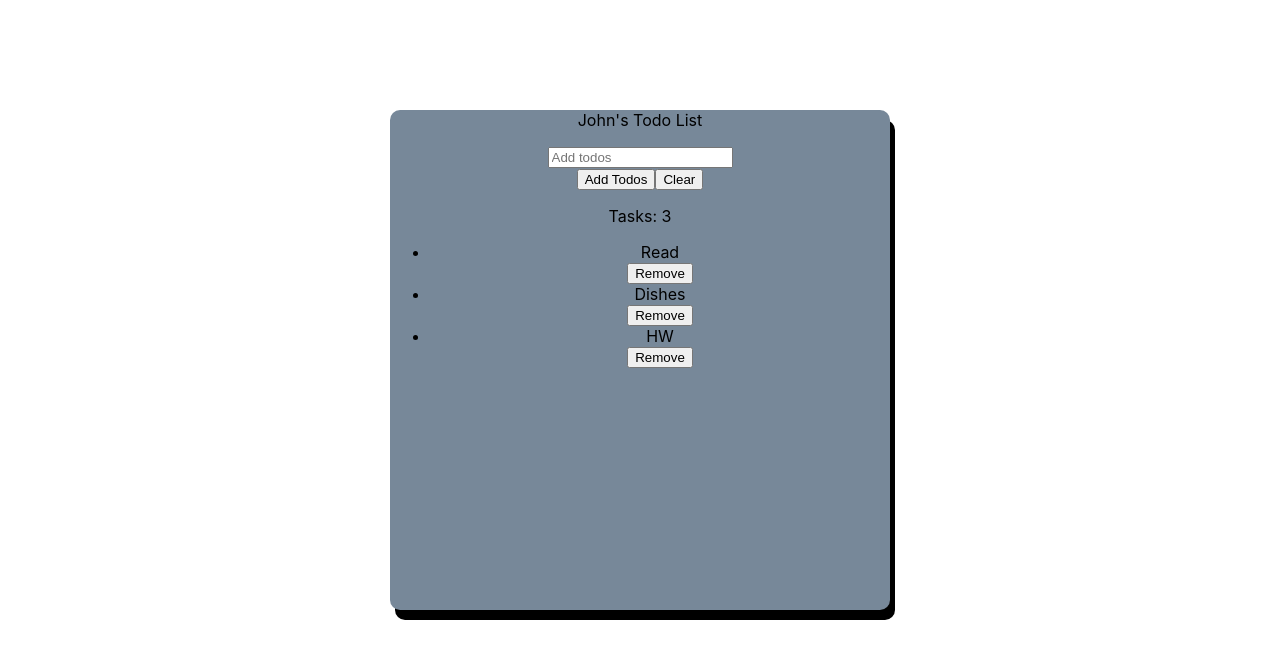
Repository: JohnKang0720/Simple-Todo-List
Page: /
These files come from the project's save history. The page is drawn as it stood at one moment and after the next save; the edit follows.
The browser window is 1280 px wide. The pictures show the whole page.
The project was rebuilt for these pictures with package versions that can differ from the ones it lists, and the page was loaded fresh each time.

Above is the page before, as saved 2021-05-28 21:15:41.

### src/App.js
import logo from './logo.svg';
import './App.css';
import TodoList from './TodoList'
import {taskContext} from './TodoList'
import React, {useContext, useState} from 'react'
import Todoform from './Todoform';


function App() {

  return (
    <TodoList >

    <div className="App">
     John's Todo List
   <Todoform />
    </div>
    </TodoList>

  );
}

export default App;

### src/App.css
.App {
  text-align: center;
}

.App-logo {
  height: 40vmin;
  pointer-events: none;
}

@media (prefers-reduced-motion: no-preference) {
  .App-logo {
    animation: App-logo-spin infinite 20s linear;
  }
}

.App-header {
  background-color: #282c34;
  min-height: 100vh;
  display: flex;
  flex-direction: column;
  align-items: center;
  justify-content: center;
  font-size: calc(10px + 2vmin);
  color: white;
}

.App-link {
  color: #61dafb;
}
body,html{
  width: 100%;
  height: 100%;
  display: flex;
  align-items: center;
  justify-content:center;
}
.App{
  background: lightslategray;
  width: 500px;
  height: 500px;
  position: relative;
  border-radius: 10px;
  box-shadow: 5px 10px;


}

@keyframes App-logo-spin {
  from {
    transform: rotate(0deg);
  }
  to {
    transform: rotate(360deg);
  }
}

### src/TodoList.js
import { DetectFacesTaskBase } from 'face-api.js'
import React, {useState, createContext} from 'react'
import Todoform from './Todoform'
import uuid from "uuid"

export const taskContext = createContext(null)
const TodoList = (props) => {

 const [input, setInput] = useState([
  {task: "Read", id: 0},
  {task: "Dishes", id: 1},
  {task: "HW", id: 2}
 ])


 function addTask(task){

setInput([...input, {task, id: 0 }  ])
 }
//  "task" along with the argument names the task off of e.target.value

function removeTask(id){
 setInput(input.filter(task => task.id !== id))
}
function clearTask(){
   setInput([])
}

const alert = "Please enter a value"


 return(
    <taskContext.Provider value = {{input, addTask, removeTask, clearTask, }}>
    {props.children}
    </taskContext.Provider>
 )
}

export default TodoList

### src/Todoform.js
import React, {useContext, useState} from 'react'
import {taskContext} from './TodoList'
import List from './List'
import { DetectFacesTaskBase } from 'face-api.js'
function Todoform() {
    const {input, addTask, removeTask, clearTask, alert} = useContext(taskContext)
    const [title, settitle] = useState('')
    const handleSubmit = (e) => {
      e.preventDefault();

      if(title !== ""){
      addTask(title)
      }else{
          alert("Please enter a value")
          //red text alert

      }
      settitle('')
    }
    const handleChange = (e) => {

    settitle(e.target.value)


    }

    return (
        <div>
            <p> {alert} </p>
       <form onSubmit = {handleSubmit}>
           <input type = "text" placeholder = "Add todos" onChange = {handleChange} value = {title}/>
           <div>
           <button onClick = {() => addTask}> Add Todos </button>
           <button onClick = {clearTask}> Clear </button>
           </div>
           <p> {input.length === 0 ? "No tasks" : `Tasks: ${input.length}`} </p>



       </form>

        <ul>

            {/* why does it have to be "input??" */}
            {input.map((task) => {
            return (

            <List task = {task} key = {task.id} remove = {removeTask} length = {input.length} />


            )
            })}
        </ul>
        </div>
    )
}

export default Todoform

### src/List.js
import React, { useContext } from 'react'

function List({task, remove, length, edit}) {


    return (
        <div>
        <li>
            <span> {task.task}</span>
            <div>
                <button onClick = {() => remove(task.id)}> Remove </button>

            </div>
        </li>


        </div>


    )
}

export default List

Loaded but not shown: public/index.html (common file); src/index.js (common file); src/index.css (common file); src/reportWebVitals.js (common file)

After the next save:
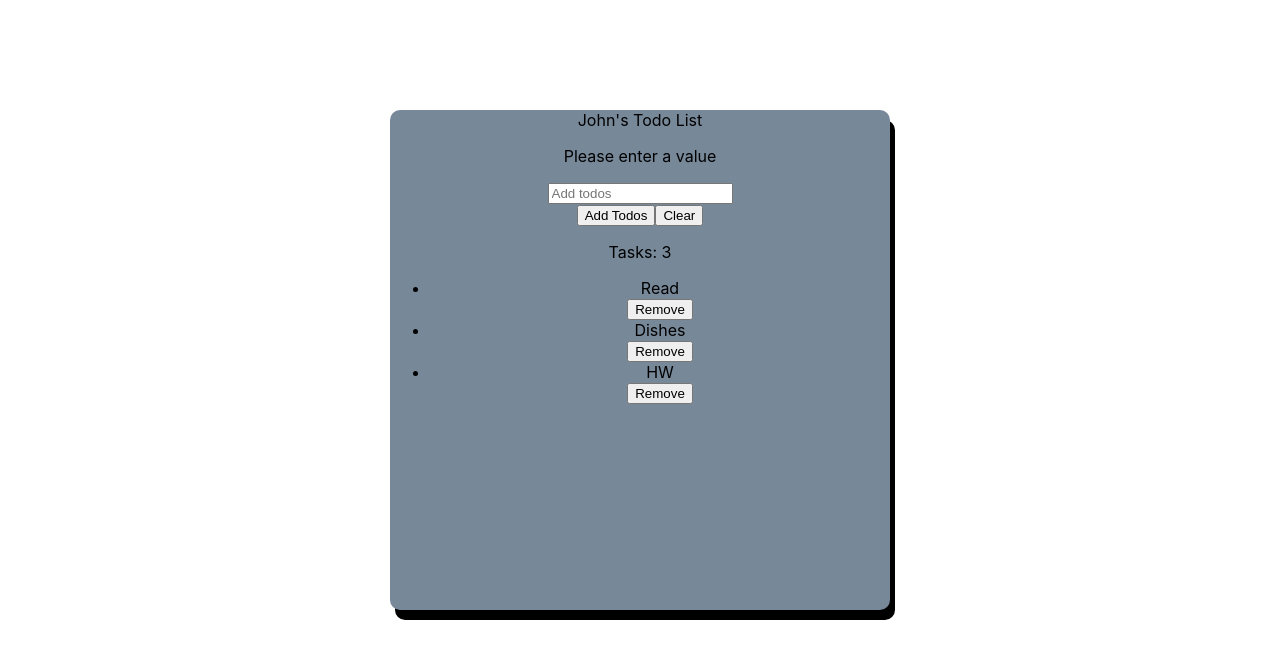
Saved 7 s later.
--- a/src/TodoList.js
+++ b/src/TodoList.js
@@ -30,7 +30,7 @@ const alert = "Please enter a value"
 
 
  return(
-    <taskContext.Provider value = {{input, addTask, removeTask, clearTask, }}>
+    <taskContext.Provider value = {{input, addTask, removeTask, clearTask, alert }}>
     {props.children}
     </taskContext.Provider>
  )
